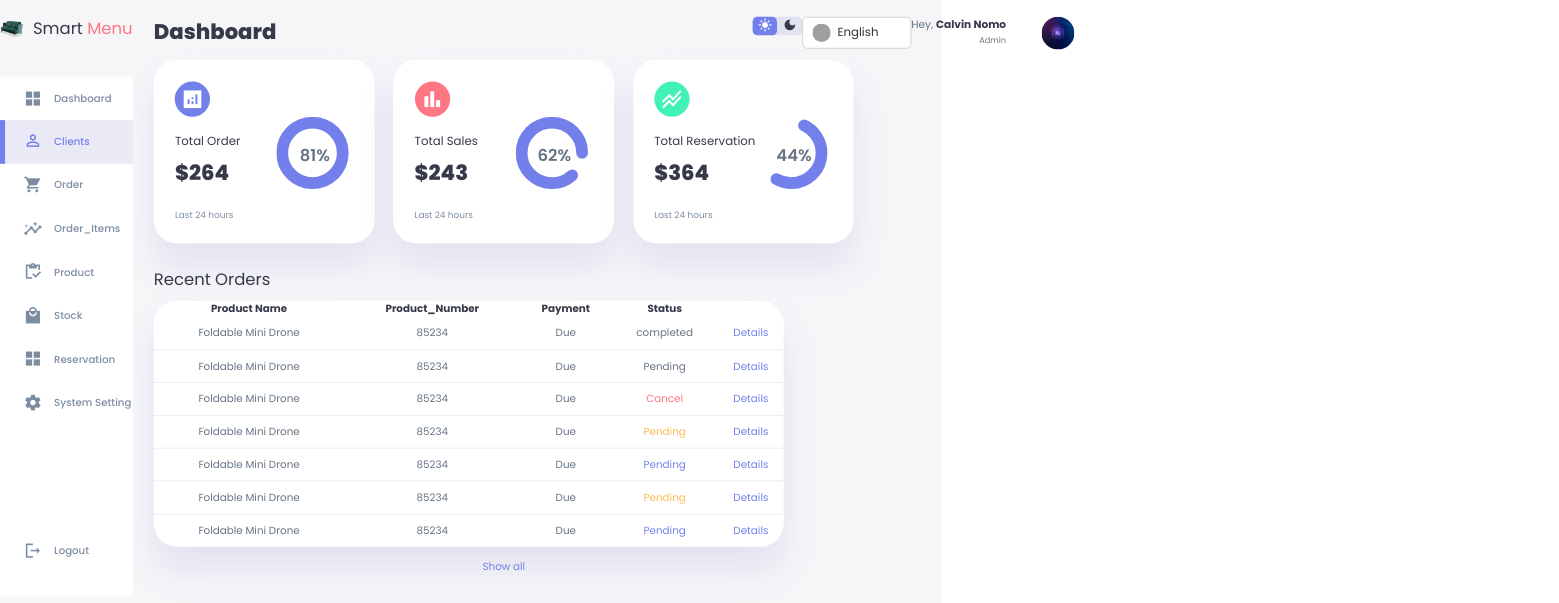
Repository: Calvin-Nomo/Hash-code
Page: admin.html
The author's editor kept a copy of each file at every save. The page is drawn from the files as they stood at one save, then again after the next save.
The browser window is 1280 px wide. The page is 1856 px wide, so the pictures cover 1856 px, including what lies to the right of the window. The pictures show the whole page, at 84% of full size.
Pictures or frames that could not be fetched are drawn as grey boxes.

Above is the page before, as saved 2025-10-08 13:17:20.

### admin.html
<!DOCTYPE html>
<html lang="en">
  <head>
    <meta charset="UTF-8" />
    <meta name="viewport" content="width=device-width, initial-scale=1.0" />
    <title>Document</title>

    <link
      href="https://fonts.googleapis.com/icon?family=Material+Icons+Sharp"
      rel="stylesheet"
    />
    <link rel="preconnect" href="https://fonts.googleapis.com" />
    <link rel="preconnect" href="https://fonts.gstatic.com" crossorigin />
    <link
      href="https://fonts.googleapis.com/css2?family=Outfit:wght@100..900&family=Poppins:ital,wght@0,100;0,200;0,300;0,400;0,500;0,600;0,700;0,800;0,900;1,100;1,200;1,300;1,400;1,500;1,600;1,700;1,800;1,900&display=swap"
      rel="stylesheet"
    />
<link href="https://cdn.jsdelivr.net/npm/daisyui@5/themes.css" rel="stylesheet" type="text/css" />
    <link rel="stylesheet" href="css/index.css" />
  </head>
  <body>
    <div class="container">
      <!-- ################SIDE BAR #################-->
      <aside>
        <div class="top">
          <div class="logo">
            <img src="image/couch.png" alt="logo" />
            <h2>Smart <span class="danger">Menu</span></h2>
          </div>
          <div class="close" id="close-btn">
            <span class="material-icons-sharp"> close </span>
          </div>
        </div>
        <div class="sidebar">
          <a href="#">
            <span class="material-icons-sharp"> grid_view </span>
            <h3>Dashboard</h3>
          </a>
          <a href="#" class="active">
            <span class="material-icons-sharp"> person_outline </span>
            <h3>Clients</h3>
          </a>
          <a href="#">
            <span class="material-icons-sharp"> shopping_cart </span>
            <h3>Order</h3>
          </a>
          <a href="#">
            <span class="material-icons-sharp"> insights </span>
            <h3>Order_Items</h3>
          </a>
          <a href="#">
            <span class="material-icons-sharp"> inventory </span>
            <h3>Product</h3>
          </a>
          <a href="#">
            <span class="material-icons-sharp"> local_mall </span>
            <h3>Stock</h3>
          </a>
          <a href="#">
            <span class="material-icons-sharp"> grid_view </span>
            <h3>Reservation</h3>
          </a>
          <a href="#">
            <span class="material-icons-sharp"> settings </span>
            <h3>System Setting</h3>
          </a>

          <a href="#">
            <span class="material-icons-sharp"> logout </span>
            <h3>Logout</h3>
          </a>
          <!-- <a href="#">
            <span class="material-icons-sharp"> logout </span>
            <h3>Logout</h3>
          </a>
          <a href="#">
            <span class="material-icons-sharp"> settings </span>
            <h3>Systems Setting</h3>
          </a> -->
        </div>
      </aside>
      <!-- ################END OF SIDE BAR #################-->
      <main>
        <h1>Dashboard</h1>
        <div class="insight">
          <div class="sales">
            <span class="material-icons-sharp"> analytics </span>
            <div class="middle">
              <div class="left">
                <h3>Total Order</h3>
                <h1>$264</h1>
              </div>
              <div class="progress">
                <svg>
                  <circle cx="38" cy="38" r="36"></circle>
                </svg>
                <div class="number">
                  <p>81%</p>
                </div>
              </div>
            </div>
            <small class="text-muted">Last 24 hours</small>
          </div>
          <!-- END OF SALES -->
          <div class="expenses">
            <span class="material-icons-sharp"> bar_chart </span>
            <div class="middle">
              <div class="left">
                <h3>Total Sales</h3>
                <h1>$243</h1>
              </div>
              <div class="progress">
                <svg>
                  <circle cx="38" cy="38" r="36"></circle>
                </svg>
                <div class="number">
                  <p>62%</p>
                </div>
              </div>
            </div>
            <small class="text-muted">Last 24 hours</small>
          </div>
          <!-- END OF EXPENSES -->
          <div class="income">
            <span class="material-icons-sharp"> stacked_line_chart </span>
            <div class="middle">
              <div class="left">
                <h3>Total Reservation</h3>
                <h1>$364</h1>
              </div>
              <div class="progress">
                <svg>
                  <circle cx="38" cy="38" r="36"></circle>
                </svg>
                <div class="number">
                  <p>44%</p>
                </div>
              </div>
            </div>
            <small class="text-muted">Last 24 hours</small>
          </div>
          <!-- END OF INCOME -->
        </div>
        <!-- END OF INSIGHT -->
        <div class="recent-orders">
          <h2>Recent Orders</h2>
          <table>
            <thead>
              <tr>
                <th>Product Name</th>
                <th>Product_Number</th>
                <th>Payment</th>
                <th>Status</th>
                <th></th>
              </tr>
            </thead>
            <tbody>
              <tr>
                <td>Foldable Mini Drone</td>
                <td>85234</td>
                <td>Due</td>
                <td class="">completed</td>
                <td class="primary">Details</td>
              </tr>
              <tr>
                <td>Foldable Mini Drone</td>
                <td>85234</td>
                <td>Due</td>
                <td class="warning">Pending</td>
                <td class="primary">Details</td>
              </tr>
              <tr>
                <td>Foldable Mini Drone</td>
                <td>85234</td>
                <td>Due</td>
                <td class="danger">Cancel</td>
                <td class="primary">Details</td>
              </tr>
              <tr>
                <td>Foldable Mini Drone</td>
                <td>85234</td>
                <td>Due</td>
                <td class="waring">Pending</td>
                <td class="primary">Details</td>
              </tr>
              <tr>
                <td>Foldable Mini Drone</td>
                <td>85234</td>
                <td>Due</td>
                <td class="primary">Pending</td>
                <td class="primary">Details</td>
              </tr>
              <tr>
                <td>Foldable Mini Drone</td>
                <td>85234</td>
                <td>Due</td>
                <td class="waring">Pending</td>
                <td class="primary">Details</td>
              </tr>
              <tr>
                <td>Foldable Mini Drone</td>
                <td>85234</td>
                <td>Due</td>
                <td class="primary">Pending</td>
                <td class="primary">Details</td>
              </tr>
            </tbody>
          </table>
          <a href="#">Show all</a>
        </div>

      </main>
      <!-- End of the Recent Orders -->
        <div class="right">
          <div class="top">
            <button id="menu-btn">
              <span class="material-icons-sharp">menu </span>
            </button>
            <div class="theme-toggler">
              <span class="material-icons-sharp active">light_mode</span>
              <span class="material-icons-sharp">dark_mode</span>
            </div>
              <div class="lang-menu">
              <div class="selected-language">
                <img src="https://flagsapi.com/US/flat/32.png" alt="">
                English
                <i class="arrow down"></i>
              </div>

              <ul class="lang-options">
                <li><a href="#" class="en" data-flag="https://flagsapi.com/US/flat/32.png">English</a></li>
                <li><a href="#" class="fr" data-flag="https://flagsapi.com/FR/flat/32.png">French</a></li>
                <li><a href="#" class="cn" data-flag="https://flagsapi.com/CN/flat/32.png">Chinese</a></li>
                <li><a href="#" class="jp" data-flag="https://flagsapi.com/JP/flat/32.png">Japanese</a></li>
              </ul>
            </div>

            <div class="profile">
              <div class="info">
                <p>Hey, <b>Calvin Nomo</b></p>
                <small class="text-muted">Admin</small>
              </div>
              <div class="profile-photo">
                <img src="image/image1.jpg" alt="" />
              </div>
            </div>
          </div>
        </div>
      <!-- \\\\\\\\\\\\\\\END OF MAIN\\\\\\\\\\\\\\\\\\\\\\\ -->

    </div>
  </body>
  <script src="js/index.js"></script>

<script src="https://cdn.jsdelivr.net/npm/@tailwindcss/browser@4"></script>
</html>

### css/index.css
@import url("https://fonts.googleapis.com/css2?family=Outfit:wght@100..900&family=Poppins:ital,wght@0,100;0,200;0,300;0,400;0,500;0,600;0,700;0,800;0,900;1,100;1,200;1,300;1,400;1,500;1,600;1,700;1,800;1,900&display=swap");
:root {
  --color-primary: #7380ec;
  --color-white: #fff;
  --color-black: #000000;

  --color-light: rgba(132, 139, 200, 0.18);

  --color-dark: #363949;

  --color-dark-variant: #677483;

  --color-info-dark: #7d8da1;

  --color-primary-variant: #111e88;

  --color-info-light: #dce1eb;

  --color-danger: #ff7782;

  --color-success: #41f1b6;

  --color-warning: #ffbb55;

  --color-background: #f6f6f9;

  --font-family-primary: "Poppins", sans-serif;
  --card-border-radius: 2rem;
  --border-radius-1: 0.4rem;
  --border-radius-2: 0.8rem;
  --border-radius-3: 1.2rem;
  --card-padding: 1.8rem;
  --padding-1: 1.2rem;
  --box-shadow: 0 2rem 3rem var(--color-light);
}
.dark-theme-variables {
  /* the  --color-dark-variant manages the 81%,62% background etc... */
  --color-dark-variant: #a3bdcc;
  /*  manages the main background */
  --color-background: #181a1e;
  /*  manages the nabvar,the grid-template-columns */
  --color-white: #202528;
  /* manages the h1,h2,th background etc... */
  --color-dark: #edeffd;

  --color-light: rgba(0, 0, 0, 0.4);
  /* --color-light: #fa3434; */
  /* the  --color-light manages the --box-shadow  of the grid template column,the sidebar,aside,table etc.... */
  --box-shadow: 0 2rem 3rem var(--color-light);
}
* {
  margin: 0;
  padding: 0;
  outline: 0;
  appearance: none;
  border: 0;
  text-decoration: none;
  list-style: none;
  box-sizing: border-box;
}
html {
  font-size: 14px;
}
.container {
  display: flex;
  width: 100%;
  margin: 0, auto;
  gap: 1.8rem;
  grid-template-columns: 14rem auto 23rem;
  background: var(--color-background);
}
body {
  width: 100vw;
  height: 100vh;
  font-family: poppins, sans-serif;
  font-size: 0.88rem;
  user-select: none;
  overflow-x: hidden;
  color: var(--color-dark);
}
a {
  color: var(--color-dark);
}

img {
  display: block;
  width: 100%;
}
h1 {
  font-weight: 800;
  font-size: 1.8rem;
}
h2 {
  font-size: 1.4rem;
}
h3 {
  font-size: 0.87rem;
}
h4 {
  font-size: 0.8rem;
}
h4 {
  font-size: 0.77rem;
}
small {
  font-size: 0.76rem;
}
.profile-photo {
  width: 2.8rem;
  height: 2.8rem;
  border-radius: 50%;
  overflow: hidden;
}
.text-muted {
  color: var(--color-info-dark);
}
p {
  color: var(--color-dark-variant);
}
b {
  color: var(--color-dark);
}
.primary {
  color: var(--color-primary);
}
.danger {
  color: var(--color-danger);
}
.success {
  color: var(--color-success);
}
.waring {
  color: var(--color-warning);
}
aside {
  height: 100vh;
}
aside .top {
  display: flex;
  align-items: center;
  justify-content: space-between;
  margin-top: 1.4rem;
}
aside .logo {
  display: flex;
  gap: 0.8rem;
}
aside .close {
  display: none;
}
aside .logo img {
  width: 2rem;
  height: 2rem;
}
/* #########################################SIDE BAR ################################*/
aside .sidebar {
  background: var(--color-white);
  display: flex;
  flex-direction: column;
  height: 86vh;
  position: relative;
  top: 3rem;
}
aside h3 {
  font-weight: 500;
}
aside .sidebar a {
  display: flex;
  color: var(--color-info-dark);
  margin-left: 2rem;
  gap: 1rem;
  align-items: center;
  position: relative;
  height: 3.7rem;
  transition: all 300ms ease;
}
aside .sidebar a span {
  font-size: 1.6rem;
}
/* for the login */
aside .sidebar a:last-child {
  position: absolute;
  bottom: 2rem;
  width: 100%;
}
/* fin */
aside .sidebar a.active {
  background: var(--color-light);
  color: var(--color-primary);
  margin-left: 0;
}

aside .sidebar a.active::before {
  content: "";
  width: 6px;
  height: 100%;
  background: var(--color-primary);
}
aside .sidebar a.active span {
  color: var(--color-primary);
  margin-left: calc(1rem - 6px);
}
aside .sidebar :hover {
  background: var(--color-light);
  color: var(--color-primary);
  margin-left: 0;
  cursor: pointer;
}

/* ====================MAIN============= */
main {
  margin-top: 1.4rem;
}
main .insight {
  display: grid;
  grid-template-columns: repeat(3, 1fr);
  gap: 1.6rem;
}
main .insight > div {
  background: var(--color-white);
  padding: var(--card-padding);
  border-radius: var(--card-border-radius);
  box-shadow: var(--box-shadow);
  margin-top: 1rem;
  transition: all 300ms ease;
}
main .insight > div:hover {
  box-shadow: none;
}
main .insight > div span {
  background: var(--color-primary);
  padding: 0.5rem;
  border-radius: 50%;
  color: var(--color-white);
  font-size: 2rem;
}
main .insight > div.expenses span {
  background: var(--color-danger);
}
main .insight > div.income span {
  background: var(--color-success);
}
main .insight > div .middle {
  display: flex;
  align-items: center;
  justify-content: space-between;
}
main .insight h3 {
  margin: 1rem 0 0.6rem;
  font-size: 1rem;
}
main .insight .progress {
  position: relative;
  width: 92px;
  height: 92px;
  border-radius: 50%;
}
main .insight svg {
  width: 7rem;
  height: 7rem;
}
main .insight svg circle {
  fill: none;
  stroke: var(--color-primary);
  stroke-width: 14;
  stroke-linecap: round;
  transform: translate(5px, 5px);
  stroke-dasharray: 110;
  stroke-dashoffset: 92;
}
main .insight .expenses svg circle {
  stroke-dashoffset: -30;
  stroke-dasharray: 200;
}
main .insight .sales svg circle {
  stroke-dashoffset: 20;
  stroke-dasharray: 800;
}
main .insight .income svg circle {
  stroke-dashoffset: 35;
  stroke-dasharray: 110;
}
main .insight .progress .number {
  position: absolute;
  top: 50%;
  left: 50%;
  transform: translate(-50%, -50%);
  font-size: 1.4rem;
  font-weight: 600;
  color: var(--color-dark);
}
main .insight small {
  margin-top: 1.3rem;
  display: block;
}
/* ============Recent Order================= */
main .recent-orders {
  margin-top: 2rem;
}
main .recent-orders h2 {
  margin-bottom: 0.8rem;
}

main .recent-orders table {
  background: var(--color-white);
  width: 90%;
  border-radius: var(--card-border-radius);
  padding: var(--card-padding);
  text-align: center;
  box-shadow: var(--box-shadow);
  transition: all 300ms ease;
}
main .recent-orders table:hover {
  box-shadow: none;
}
main table tbody td {
  height: 2.8rem;
  border-bottom: 1px solid var(--color-light);
  color: var(--color-dark-variant);
}
main table tbody tr:last-child td {
  border: none;
}
main .recent-orders a {
  text-align: center;
  display: block;
  margin: 1rem auto;
  color: var(--color-primary);
}

/* Right */

/* a USER Profile */

.right {
  margin-top: 1.4rem;
  position: absolute;
  top: 0;
  left: 70%;
}
.right .top {
width: 960px;
margin: 0 auto ;
display: flex;
}
.right .top button {
  display: none;
}
.right .theme-toggler {
  background: var(--color-light);
  display: flex;
  justify-content: space-between;
  align-items: center;
  height: 1.6rem;
  width: 4.2rem;
  cursor: pointer;
  border-radius: var(--border-radius-1);
}
.right .theme-toggler span {
  font-size: 1.2rem;
  width: 50%;
  height: 100%;
  display: flex;
  align-items: center;
  justify-content: center;
}
.right .theme-toggler span.active {
  background: var(--color-primary);
  color: white;
  border-radius: var(--border-radius-1);
}
.right .top .profile {
  display: flex;
  gap: 2rem;
  text-align: right;
}
/* Start  */
.right .lang-menu {
  position: relative;
  display: inline-block;
  font-family: "Poppins", sans-serif;
  font-size: 14px;
  color: #333;
}

 .right .selected-language {
  background: #fff;
  border: 1px solid #ccc;
  border-radius: 6px;
  padding: 0.5rem 0.8rem;
  display: flex;
  align-items: center;
  gap: 8px;
  cursor: pointer;
  min-width: 130px;
}

.right .selected-language img {
  width: 22px;
  height: 22px;
  border-radius: 50%;
}

.right .lang-options {
  position: absolute;
  top: 120%;
  right: 0;
  background: #fff;
  border: 1px solid #ccc;
  border-radius: 6px;
  list-style: none;
  padding: 0.3rem 0;
  margin: 0;
  display: none;
  box-shadow: 0 4px 10px rgba(0, 0, 0, 0.1);
}

 .right .lang-menu.active .lang-options {
  display: block;
}

.right .lang-options li {
  padding: 0.4rem 1rem;
}

.right .lang-options li a {
  display: flex;
  align-items: center;
  gap: 8px;
  color: #333;
  text-decoration: none;
  font-weight: 500;
}

/* Flag icons using background images */
 .right .lang-options li a:before {
  content: "";
  display: inline-block;
  width: 22px;
  height: 22px;
  background-size: cover;
  border-radius: 50%;
}

.right .lang-options li a.en:before {
  background-image: url("https://flagsapi.com/US/flat/32.png");
}

.right .lang-options li a.fr:before {
  background-image: url("https://flagsapi.com/FR/flat/32.png");
}

.lang-options li a.cn:before {
  background-image: url("https://flagsapi.com/CN/flat/32.png");
}

.lang-options li a.jp:before {
  background-image: url("https://flagsapi.com/JP/flat/32.png");
}

.lang-options li:hover {
  background: #f5f5f5;
}

/* End Select Language */

/* User Profile */
.right .profile .info {
  margin-right: 1rem;
}
.right .profile .info p {
  font-size: 0.9rem;
}
.right .profile .info small {
  font-size: 0.7rem;
}
.right .profile .info b {
  font-size: 0.9rem;
}
.right .profile .info p,
.right .profile .info small {
  color: var(--color-dark-variant);
}
.right .profile .info b {
  color: var(--color-dark);
}
/*  Fin User Profile */

/* END OF MAIN */

/* Responsive Screen Panel */


/* MEDIA QUERIES 1  (Big and Small Laptops)*/
@media screen and (max-width: 1200px) {
  .container {
    width: 100%;
    grid-template-columns: 7rem auto 23rem;
  }
  aside .logo h2 {
    display: none;
  }
  aside .sidebar h3 {
    display: none;
  }
  aside .sidebar a {
    width: 5.6rem;
  }
  aside .sidebar a:last-child {
    position: relative;
    margin-top: 1.8rem;
  }
  main .insight {
    grid-template-columns: 1fr;
    gap: 0;
  }
  main .recent-orders {
    width: 100%;
    position: absolute;
    left: 50%;
    transform: translateX(-50%);
    margin: 2rem 0 0 8.8rem;
  }
  main .recent-orders table {
    width: 84%;
  }
  main table thead tr th:last-child,
  main table thead tr th:first-child {
    display: none;
  }
  main table body tr td:last-child,
  main table body tr td:first-child {
    display: none;
  }
}
/* MEDIA QUERIES 2  (Smaller Tablets and Phone)*/
@media screen and (max-width: 768px) {
  .container {
    width: 100%;
    grid-template-columns: 1fr;
  }

  aside {
    position: fixed;
    left: -100%;
    background: var(--color-white);
    width: 18rem;
    z-index: 3;
    box-shadow: 1rem 3rem 4rem var(--color-light);
    height: 100vh;
    padding-right: var(--card-padding);
    display: none;
    animation: showMenu 400ms ease forwards;
  }
  @keyframes showMenu {
    to {
      left: 0;
    }
  }
  aside .logo {
    margin-left: 1rem;
  }

  aside .logo h2 {
    display: inline;
  }

  aside .sidebar h3 {
    display: inline;
  }

  aside .sidebar a {
    width: 100%;
    height: 3.4rem;
  }

  aside .sidebar a:last-child {
    position: absolute;
    bottom: 5rem;
  }
  aside .close {
    display: inline-block;
    cursor: pointer;
  }
  main {
    margin-top: 8rem;
    padding: 0 1rem;
  }
  main .recent-orders {
    position: relative;
    margin: 3rem 0 0 0;
    margin: 0;
  }
  main .recent-orders table {
    width: 100%;
    margin: 0;
  }
  main .right {
    width: 94%;
    margin: 0 auto 4rem;
  }
  main .right .top {
    position: fixed;
    top: 0;
    left: 0;
    align-items: center;
    padding: 0 0.8rem;
    height: 4.6rem;
    background: var(--color-white);
    width: 100%;
    margin: 0;
    z-index: 2;
    box-shadow: 0 1rem 1rem var(--color-light);
  }
  main .right .top .theme-toggler {
    width: 4.4rem;
    position: absolute;
    left: 66%;
  }
  main .right .profile .info {
    display: none;
  }
  main .right .top button {
    display: inline-block;
    background: transparent;
    cursor: pointer;
    color: var(--color-dark);
    position: absolute;
    left: 1rem;
  }
  main .right .top button span {
    font-size: 2rem;
  }
}

### js/index.js
let sideMenu = document.querySelector("aside");
let Theme_Change = document.querySelector(".theme-toggler");
let openBtn = document.getElementById("menu-btn");
let closeBtn = document.getElementById("close-btn");

// Hide and Show the Side bar
openBtn.addEventListener("click", () => {
  sideMenu.style.display = "block";
});
closeBtn.addEventListener("click", () => {
  sideMenu.style.display = "none";
});

Theme_Change.addEventListener("click", () => {
  document.body.classList.toggle("dark-theme-variables");
  Theme_Change.querySelector("span:nth-child(1)").classList.toggle("activate");
  Theme_Change.querySelector("span:nth-child(2)").classList.toggle("activate");
});

document.addEventListener("DOMContentLoaded", function () {
  const langMenu = document.querySelector(".lang-menu");
  const selected = langMenu.querySelector(".selected-language");
  const options = langMenu.querySelectorAll(".lang-options a");

  // Toggle dropdown
  selected.addEventListener("click", () => {
    langMenu.classList.toggle("active");
  });

  // Change selected language with flag
  options.forEach(option => {
    option.addEventListener("click", (e) => {
      e.preventDefault();
      const flagUrl = option.getAttribute("data-flag");
      const langText = option.textContent.trim();

      // Update selected language display
      selected.innerHTML = `<img src="${flagUrl}" alt=""> ${langText} <i class="arrow down"></i>`;
      langMenu.classList.remove("active");
    });
  });

  // Close dropdown if clicking outside
  window.addEventListener("click", (e) => {
    if (!langMenu.contains(e.target)) {
      langMenu.classList.remove("active");
    }
  });
});

After the next save:
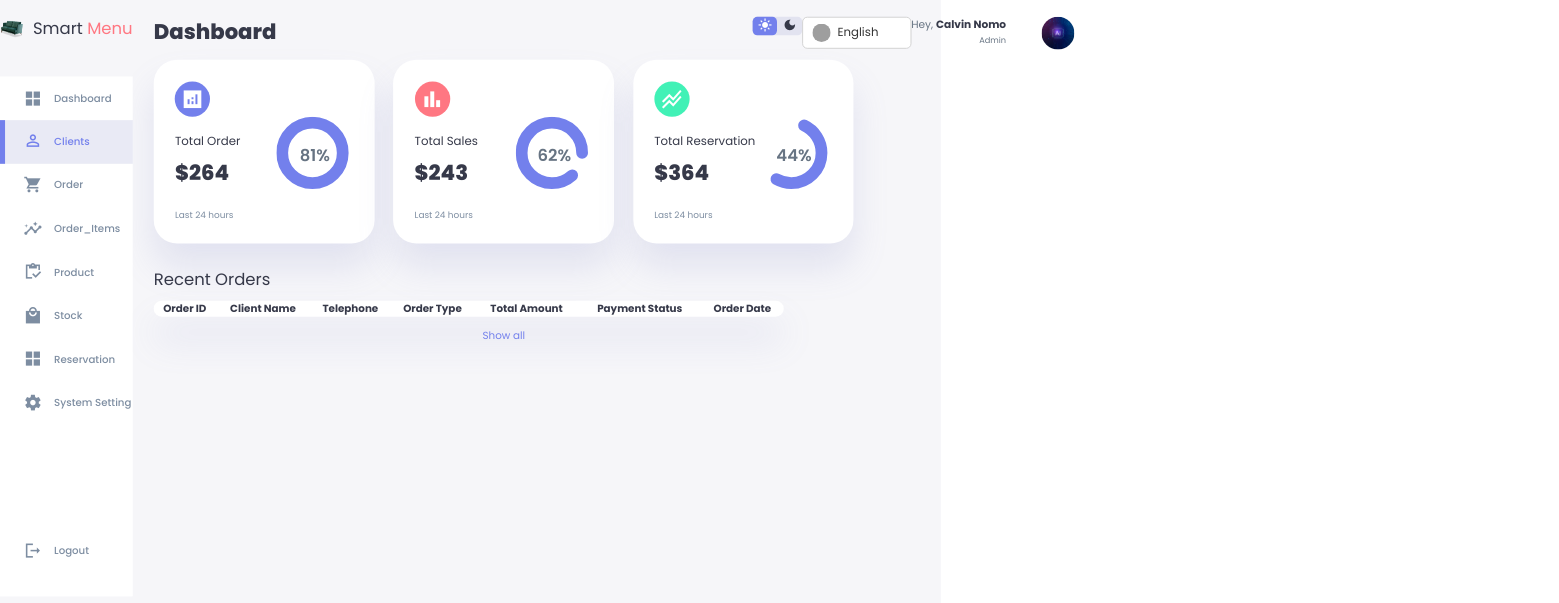
Saved 6 min 15 s later.
--- a/admin.html
+++ b/admin.html
@@ -147,63 +147,18 @@
           <table>
             <thead>
               <tr>
-                <th>Product Name</th>
-                <th>Product_Number</th>
-                <th>Payment</th>
-                <th>Status</th>
-                <th></th>
+  <th>Order ID</th>
+        <th>Client Name</th>
+        <th>Telephone</th>
+        <th>Order Type</th>
+        <th>Total Amount</th>
+        <th>Payment Status</th>
+        <th>Order Date</th>
               </tr>
             </thead>
             <tbody>
-              <tr>
-                <td>Foldable Mini Drone</td>
-                <td>85234</td>
-                <td>Due</td>
-                <td class="">completed</td>
-                <td class="primary">Details</td>
-              </tr>
-              <tr>
-                <td>Foldable Mini Drone</td>
-                <td>85234</td>
-                <td>Due</td>
-                <td class="warning">Pending</td>
-                <td class="primary">Details</td>
-              </tr>
-              <tr>
-                <td>Foldable Mini Drone</td>
-                <td>85234</td>
-                <td>Due</td>
-                <td class="danger">Cancel</td>
-                <td class="primary">Details</td>
-              </tr>
-              <tr>
-                <td>Foldable Mini Drone</td>
-                <td>85234</td>
-                <td>Due</td>
-                <td class="waring">Pending</td>
-                <td class="primary">Details</td>
-              </tr>
-              <tr>
-                <td>Foldable Mini Drone</td>
-                <td>85234</td>
-                <td>Due</td>
-                <td class="primary">Pending</td>
-                <td class="primary">Details</td>
-              </tr>
-              <tr>
-                <td>Foldable Mini Drone</td>
-                <td>85234</td>
-                <td>Due</td>
-                <td class="waring">Pending</td>
-                <td class="primary">Details</td>
-              </tr>
-              <tr>
-                <td>Foldable Mini Drone</td>
-                <td>85234</td>
-                <td>Due</td>
-                <td class="primary">Pending</td>
-                <td class="primary">Details</td>
-              </tr>
+              <!--  me get methos -->
+
             </tbody>
           </table>
           <a href="#">Show all</a>
